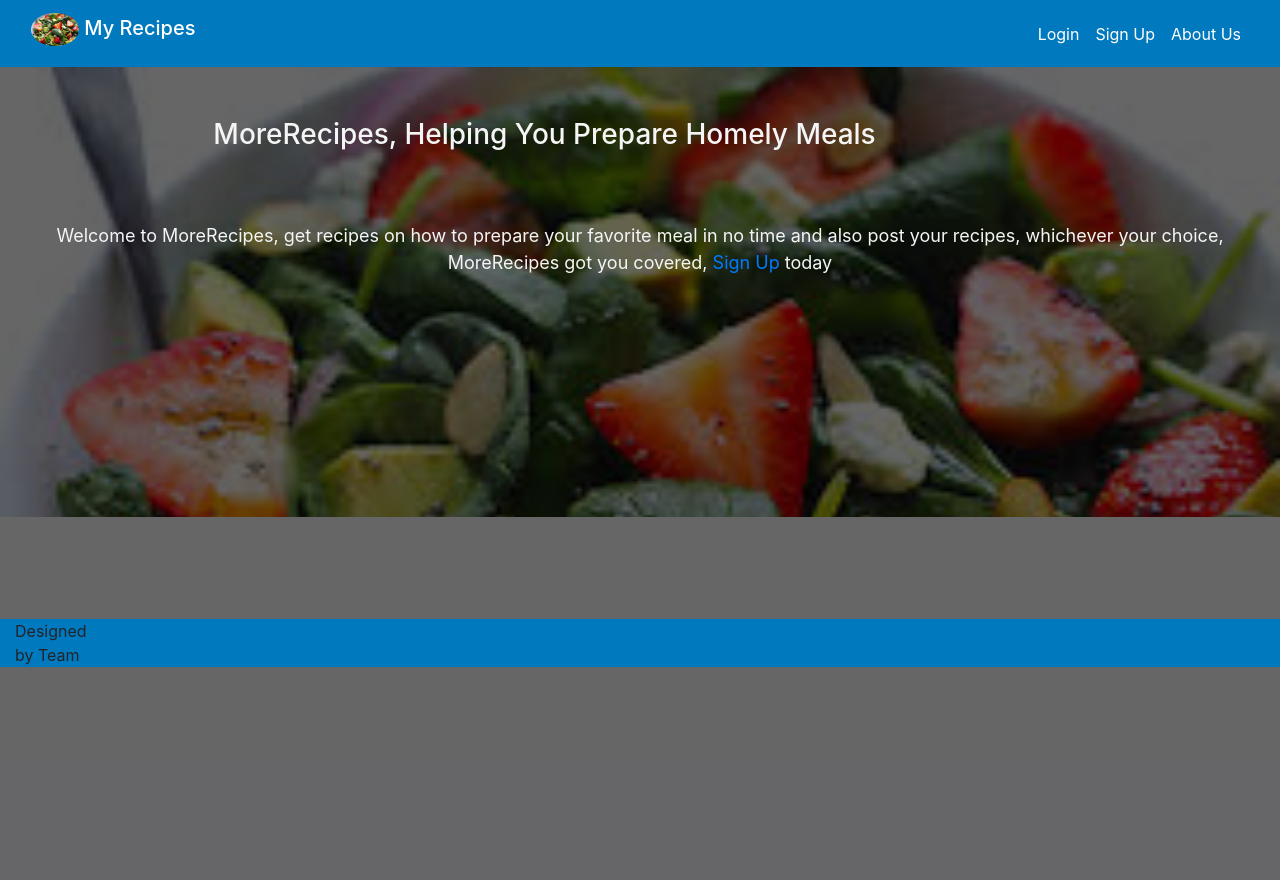
Repository: UggoPrince/more-recipes
Page: html/index.html
An editor plug-in stored every save of this project. The page is shown before and after the next save, followed by the edit.
The browser window is 1280 px wide. The pictures show the whole page.

Above is the page before, as saved 2018-07-30 07:13:49.

After the next save:
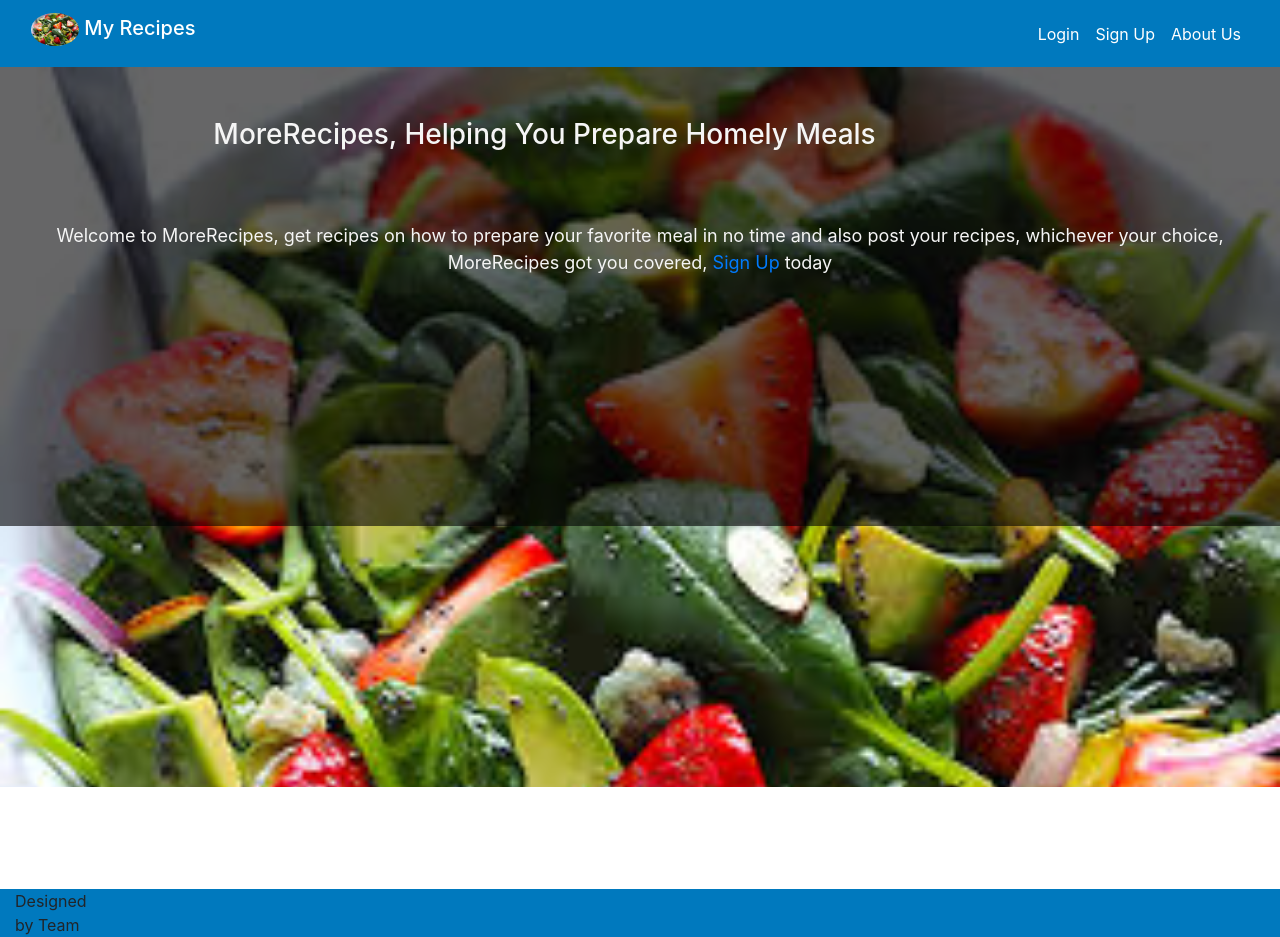
Saved 21 s later.
--- a/html/index.html
+++ b/html/index.html
@@ -14,7 +14,7 @@
       background-repeat: no-repeat;
       background-image: url(../img/nav-image.jpg);
       background-size: cover;
-      height: 450px;
+      height: 100vh;
       background-repeat: no-repeat;
     }
     nav {
@@ -60,7 +60,7 @@
         </div>
       </div>
       <center>
-        <div style="padding-top: 5%; padding-bottom: 20%; font-size: 18px; height: 100vh">
+        <div style="padding-top: 5%; padding-bottom: 20%; font-size: 18px;">
           Welcome to MoreRecipes, get recipes on how to prepare your favorite meal in no time and also post your recipes, whichever your choice, MoreRecipes got you covered, <a href="signup.html">Sign Up</a> today
         </div>
       </center>
